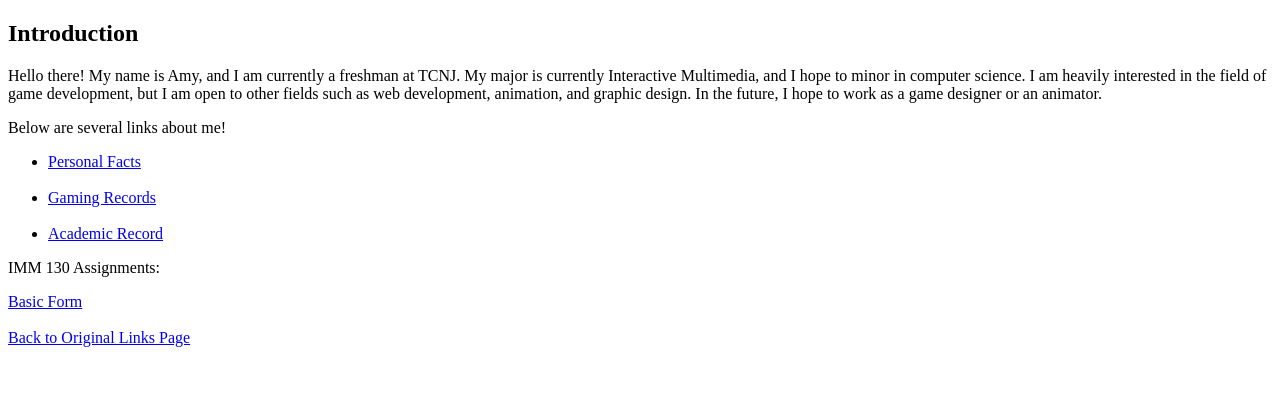
Repository: A-Vargas-GP/imm_my_website
Page: personal_site/introduction.html
The author's editor kept a record of every edit. The page is drawn from the files as they stood at one moment, then again after the next edit.
The browser window is 1280 px wide. The pictures show the whole page.

Above is the page before.

After the next edit:
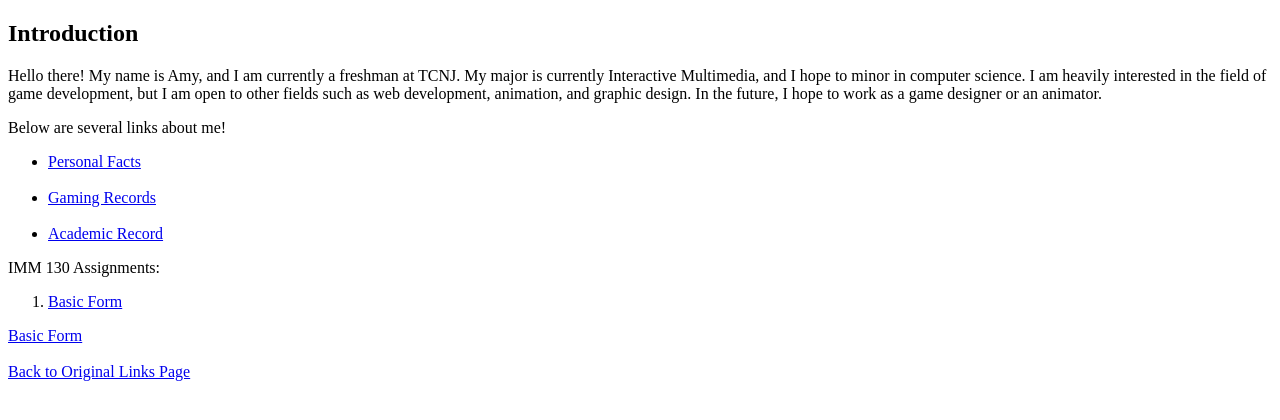
The edit:
--- a/personal_site/introduction.html
+++ b/personal_site/introduction.html
@@ -21,6 +21,10 @@
         </ul>
 
         <p> IMM 130 Assignments: </p>
+        <ol>
+         <li> <a href = "../basic_form.html"> Basic Form </a> </li>
+
+        </ol>
         <a href = "../basic_form.html"> Basic Form </a>
 
         <br />
